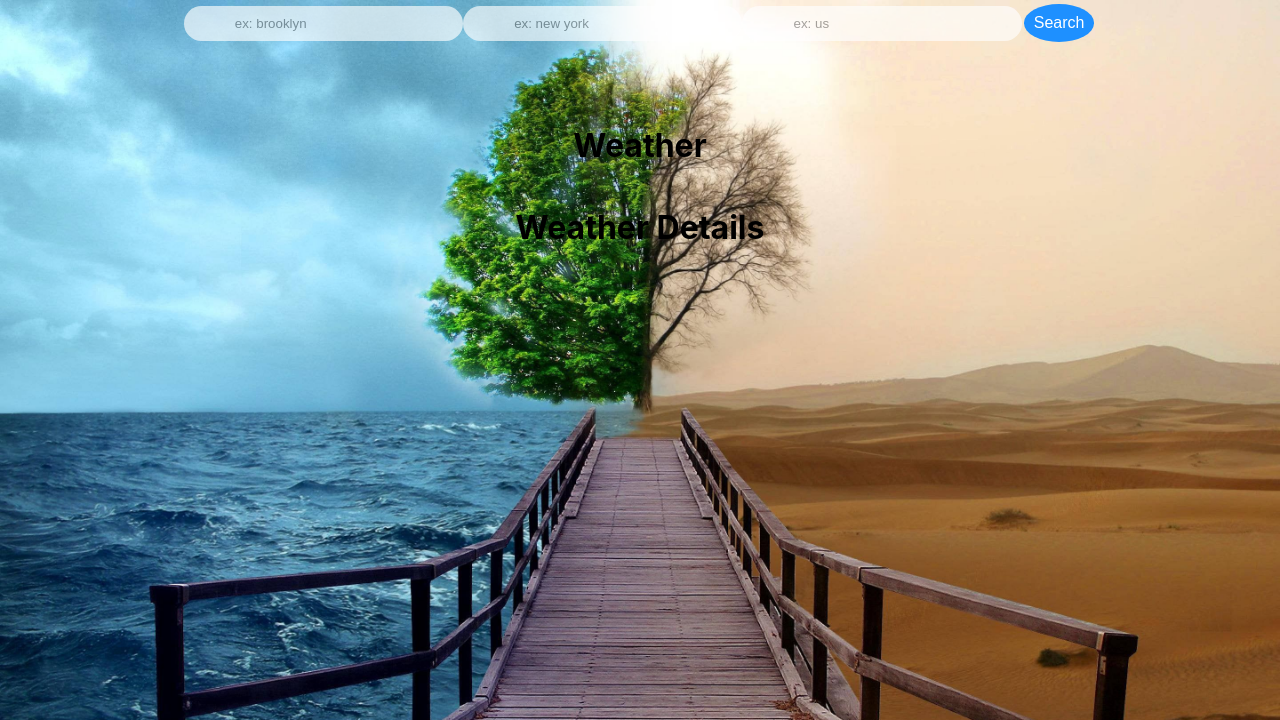
Repository: Mohsin231/Weather_App
Page: /
The author's editor kept a copy of each file at every save. The page is drawn from the files as they stood at one save, then again after the next save.
The browser window is 1280 px wide. The pictures show the whole page.
The project was rebuilt for these pictures with package versions that can differ from the ones it lists, and the page was loaded fresh each time.

Above is the page before, as saved 2021-01-25 04:24:47.

### src/App.js
import React, { useState } from 'react'
import Weather from './Components/Weather'
import WeatherDetails from './Components/WeatherDetails'
import SearchForm from './Components/SearchForm'
import { Route } from 'react-router-dom';
import './App.css';


function App() {

  const [data, setData] = useState({
    city:"",
    state:"",
    country:""
  })

  const [weatherData, setWeatherData] = useState(null);

  const [weatherDetails, setWeatherDetails] = useState(null);



  function handleChange(event) {
    setData({...data, [event.target.id]:event.target.value})
    console.log(data)

    }



  return (
    <>

    <div className="App">
      <SearchForm
      handleChange={handleChange}
      data={data}
      setData={setData}
      setWeatherData={setWeatherData}
      setWeatherDetails={setWeatherDetails}
      />

<Route path="/" exact component={() => <Weather data={data} setData={setData} weatherData={weatherData}  />} />
<Route path="/" exact component={() => <WeatherDetails data={data} setData={setData} weatherDetails={weatherDetails} />} />




    </div>
    </>

  );
}

export default App;

### src/Components/Weather.js
import React, { useState, useEffect } from "react";
import WeatherDetails from "../Components/WeatherDetails";
import '../Weather.css';


const Weather = ({ data, setData, weatherData }) => {
  const [action, setAction] = useState("");

  return (
      <div className="main">
        <h1>Weather</h1>

        {weatherData &&
        (
          <div className="city-container">

            <div className="city">
            <h2 className="city-name">
              <span>{weatherData.name}, {weatherData.sys.country}</span>
            </h2>

            <div className="city-temp">
              {Math.round(weatherData.main.temp)}
              <sup>&deg;F</sup>
            </div>

            <div className="icon">
              <img className="city-icon" src={`https://openweathermap.org/img/wn/${weatherData.weather[0].icon}@2x.png`} alt={weatherData.weather[0].description} />
              <p>{weatherData.weather[0].description}</p>
            </div>
            </div>

            <button onClick = {() => {setAction("moreDetails")}} id="moreDetails">Show more details...</button>
            </div>


)
}
      {
        action === "moreDetails"
        &&
        <WeatherDetails/>
      }
      </div>

    );
}

export default Weather;
//extracts information



// {weatherData && (
//   <div className="city"
//   <h2 className="city">
//     <span>{weatherData.name}, {weatherData.sys.country}</span>
//   </h2>

// <div className="city-temp">
//   {Math.round(weatherData.main.temp)}
//   <sup>&deg;F</sup>
// </div>

// <div className="city-icon">
// <img className="weather-icon" src={`http://openweathermap.org/img/wn/${weatherData.weather[0].icon}@2x.png`} alt={weatherData.weather[0].description} />
// <p>{weatherData.weather[0].description}</p>
// </div>

// </div>

// )}

// </div>
// </>

### src/Components/WeatherDetails.js
import React, { useState, useEffect } from "react";
import '../WeatherDetails.css';

const WeatherDetails = ({data, setData, weatherDetails }) => {

  return (
    <div className="main">
      <h1>Weather Details</h1>

      {weatherDetails &&
      (
        <div className="moreInfo">
          <h2>Feels Like: {weatherDetails.main.feels_like}</h2>
          <h2>Min: {weatherDetails.main.temp_min}, Max:{weatherDetails.main.temp_max}</h2>
          <h2>Humidity: {weatherDetails.main.humidity}</h2>
          <h2>Wind Speed: {weatherDetails.wind.speed}</h2>
          </div>

)
}

    </div>

  );
}

export default WeatherDetails;
//displays details of weather

### src/Components/SearchForm.js
import React, {useEffect} from 'react';
import '../SearchForm.css';
//search


  // Destructure props object
  function SearchForm({handleChange, data, setData, setWeatherData, setWeatherDetails }) {


    const getData = () => {

      let url = `http://api.openweathermap.org/data/2.5/weather?q=${data.city},${data.state},${data.country}&units=imperial&appid=${process.env.REACT_APP_ONEDAY}`

    fetch(url)
      .then(res => res.json())
      .then(res => {
        console.log(res)
        setWeatherData(res);
        setWeatherDetails(res)
      })
      .catch(err => {
        console.error(err);
      });}

  function handleSubmit(event) {
    event.preventDefault();
    getData();
  }

    return (
      <form onSubmit={handleSubmit} className="searchForm">
        <input
          className="search"
          id="city"
          placeholder="ex: brooklyn"
          type="text"
          name="searchString"
          required
          onChange={handleChange}
          value={data.city}
        />
        <input
        className="search"
          id="state"
          placeholder="ex: new york"
          type="text"
          name="searchString"
          required
          onChange={handleChange}
          value={data.state}
        />
        <input
        className="search"
          id="country"
          placeholder="ex: us"
          type="text"
          name="searchString"
          required
          onChange={handleChange}
          value={data.country}
        />
        <button className="button">Search</button>
      </form>
    );
  }
  export default SearchForm;

### src/App.css
.App {
  text-align: center;

}

body {
  background: url("./images/weatherBackground.jpg");
  background-size: cover;
  background-repeat: no-repeat;
}

### src/Weather.css

.main {
    height: 100%;
    display: flex;
    justify-content: center;
    align-items: center;
    flex-direction: column;
  }

  .city {
    padding: 40px, 40px, 60px, 60px;
    border-radius: 25px;
    background: rgba(235, 230, 230, 0.85);
}

#moreDetails {
    margin-top: 100px;
}

### src/WeatherDetails.css
.more-info {
    padding: 40px, 40px, 60px, 60px;
    border-radius: 25px;
    background: rgba(235, 230, 230, 0.85);

}
.main {
    height: 100%;
    display: flex;
    justify-content: center;
    align-items: center;
    flex-direction: column;
  }

### src/SearchForm.css
.search {
    outline: none;
    padding: 10px 4%;
    border-radius: 20px;
    border: none;
    margin-bottom: 5%;
    opacity: 0.65;
}
.button {
    background-color: dodgerblue;
    border: none;
    color: white;
    padding: 10px;
    text-align: center;
    text-decoration: none;
    display: inline-block;
    font-size: 16px;
    margin: 4px 2px;
    border-radius: 80%;
  }

Loaded but not shown: public/index.html (common file); src/index.js (common file); src/index.css (common file); src/reportWebVitals.js (common file)

After the next save:
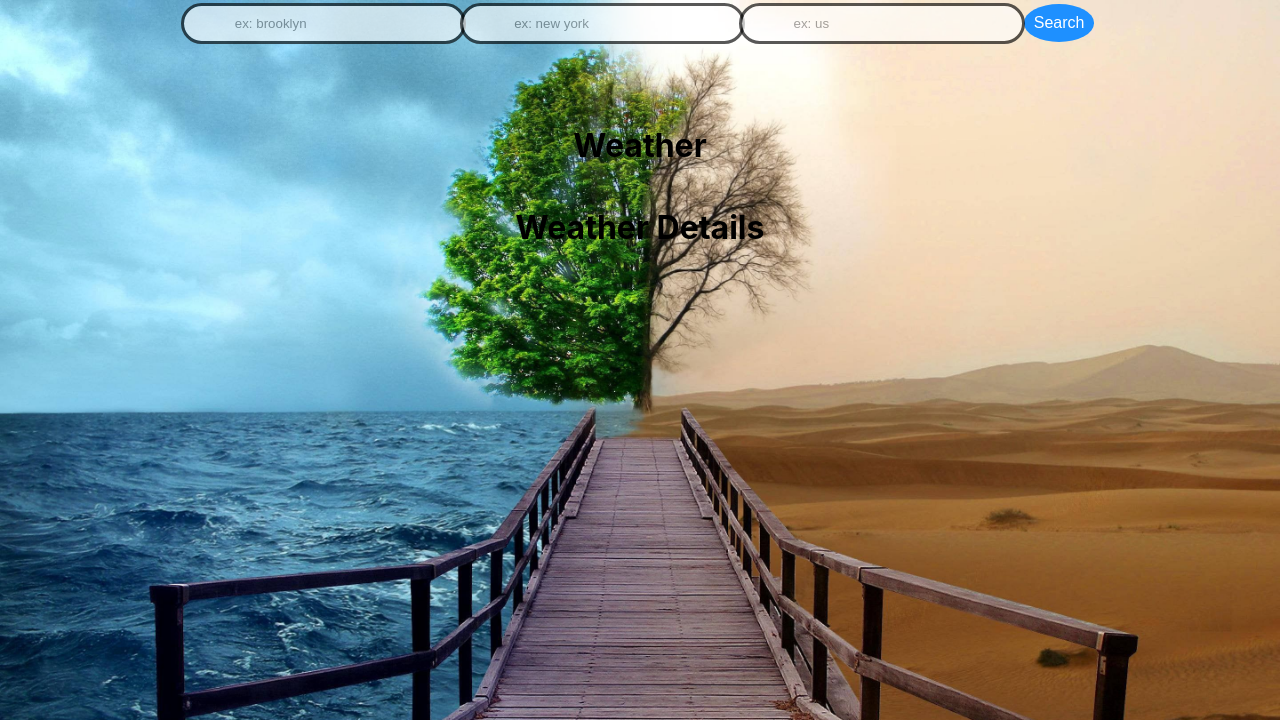
Saved 2 min 5 s later.
--- a/src/SearchForm.css
+++ b/src/SearchForm.css
@@ -5,6 +5,7 @@
     border: none;
     margin-bottom: 5%;
     opacity: 0.65;
+    outline-style: solid;
 }
 .button {
     background-color: dodgerblue;

After the save that followed:
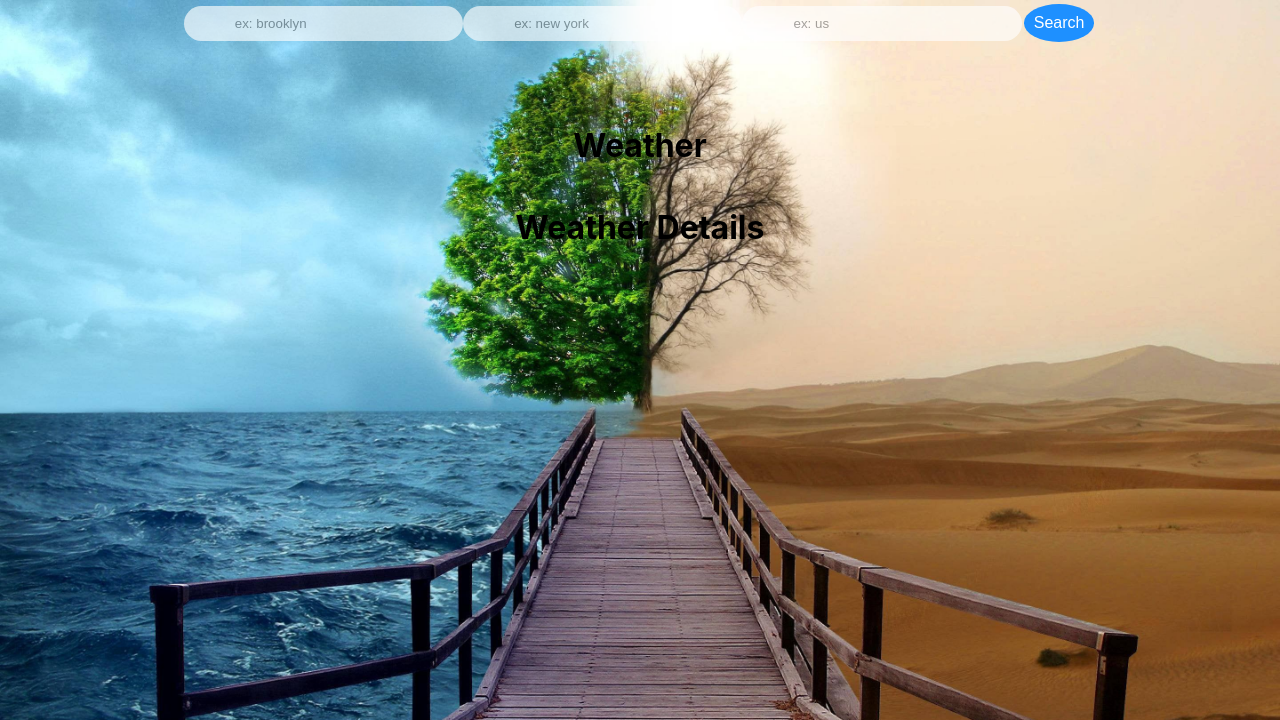
Saved 27 s later.
--- a/src/SearchForm.css
+++ b/src/SearchForm.css
@@ -5,7 +5,7 @@
     border: none;
     margin-bottom: 5%;
     opacity: 0.65;
-    outline-style: solid;
+
 }
 .button {
     background-color: dodgerblue;
